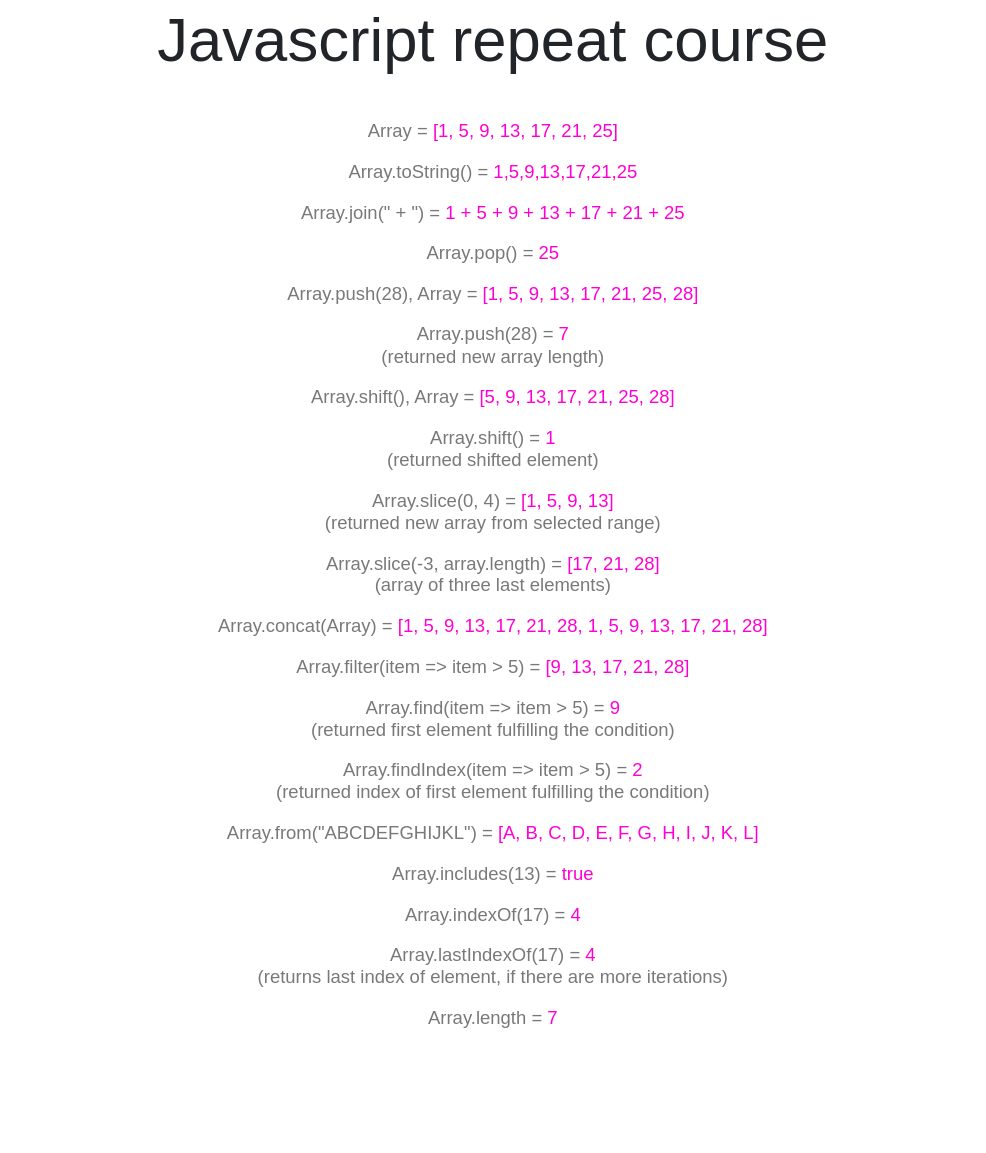
Repository: michalgornicki/javascript
Page: /
These files come from the project's save history. The page is drawn as it stood at one moment and after the next save; the edit follows.
The browser window is 1280 px wide. The pictures show the whole page, at 77% of full size.
The project was rebuilt for these pictures with package versions that can differ from the ones it lists, and the page was loaded fresh each time. Also part of the build but not shown: src/index.css.

Above is the page before, as saved 2022-01-31 13:29:16.

After the next save:
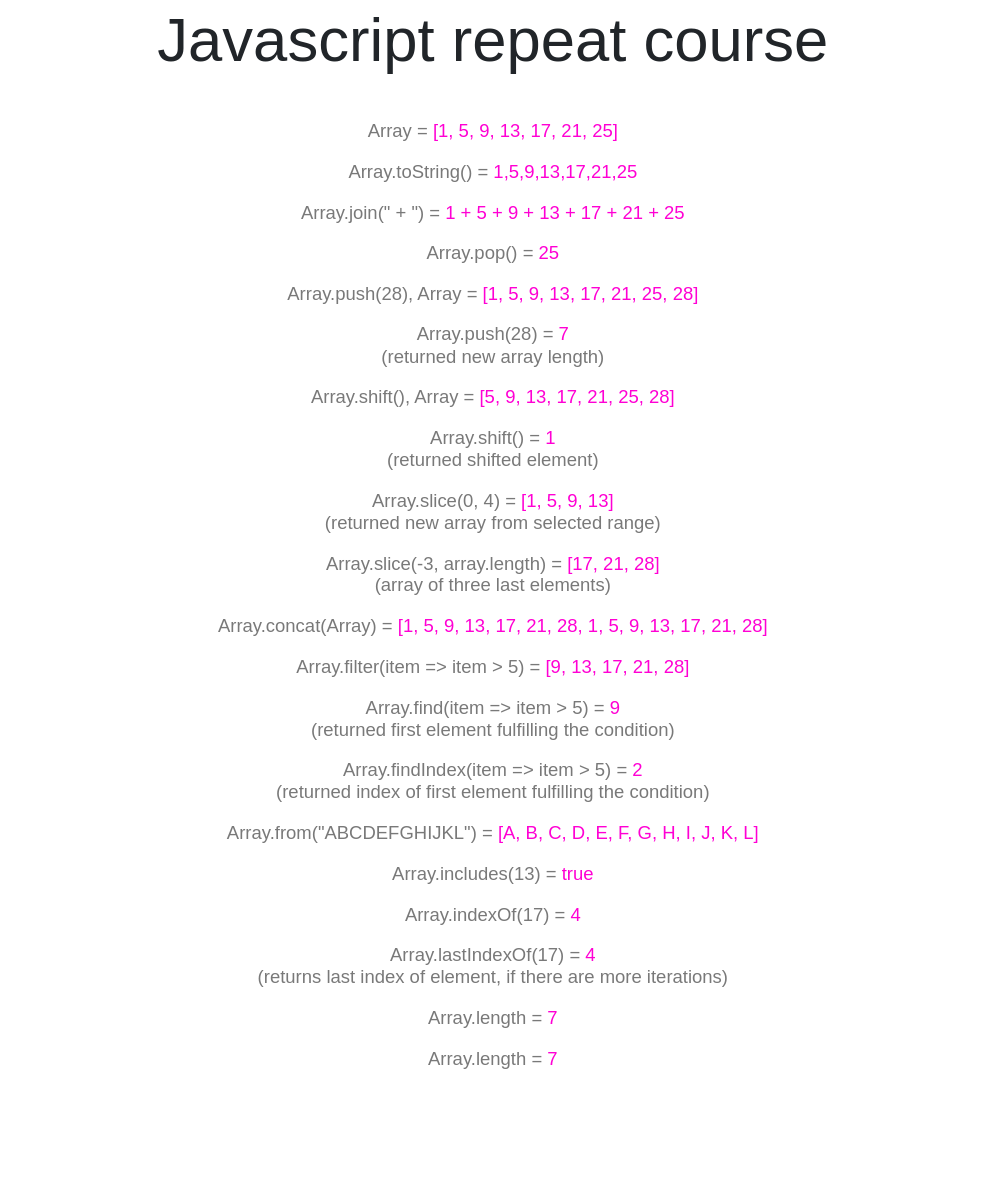
Saved 5 s later.
--- a/src/App.jsx
+++ b/src/App.jsx
@@ -111,6 +111,13 @@ function App() {
         </span>
         <span className="text-pink"> { array.length } </span>
       </div>
+      <div className="js-item h4 py-2">
+        {" "}
+        <span className="">
+         Array.length =
+        </span>
+        <span className="text-pink"> { array.length } </span>
+      </div>
 
 
 
